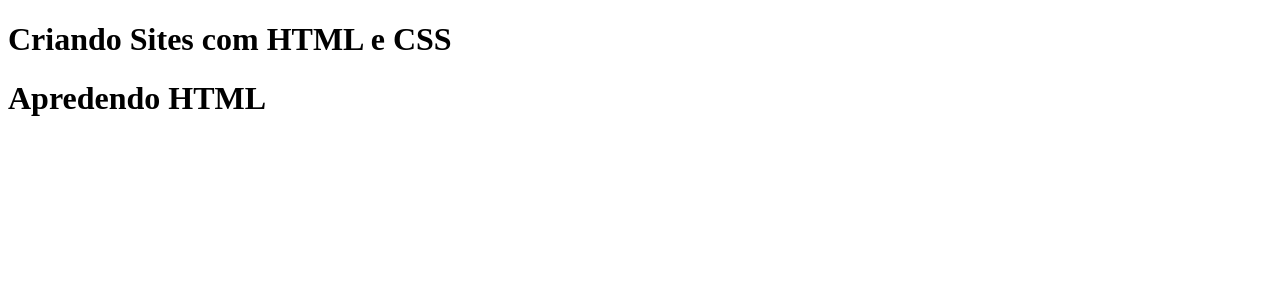
Repository: Codigo404q/html-css
Page: exercicios/ex019/seletor01.html
These files come from the project's save history. The page is drawn as it stood at one moment and after a run of saves; the edit follows.
The browser window is 1280 px wide. The pictures show the whole page.

Above is the page before, as saved 2023-11-05 21:31:18.

After the next 4 saves:
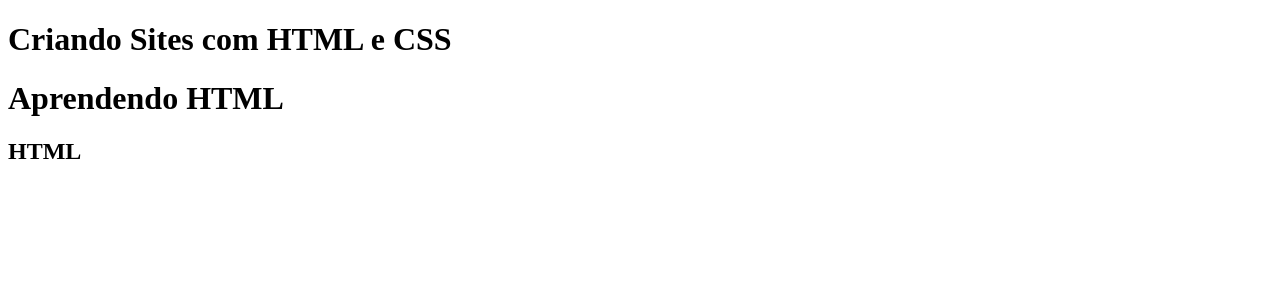
The 4 saves are shown as one change because they came seconds apart.
The last was saved 19 s later.
--- a/exercicios/ex019/seletor01.html
+++ b/exercicios/ex019/seletor01.html
@@ -7,6 +7,7 @@
 </head>
 <body>
     <h1>Criando Sites com HTML e CSS</h1>
-    <h1>Apredendo HTML</h1>
+    <h1>Aprendendo HTML</h1>
+    <h2>HTML</h2>
 </body>
 </html>
